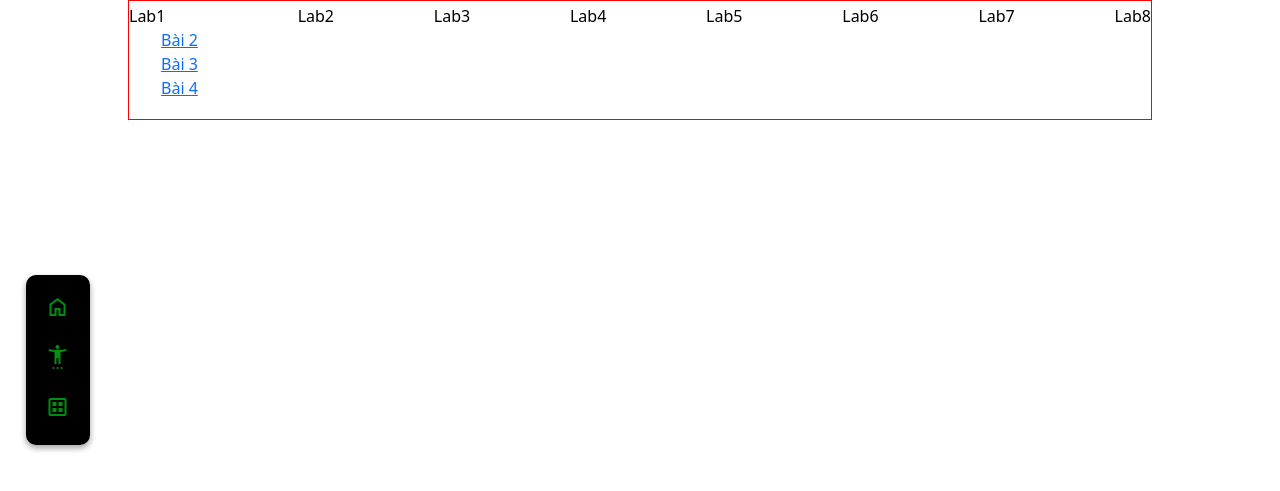
Repository: tuankiet10920/homeworkFEF
Page: /labs
The author's editor kept a copy of each file at every save. The page is drawn from the files as they stood at one save, then again after the next save.
The browser window is 1280 px wide. The pictures show the whole page.
The project was rebuilt for these pictures with package versions that can differ from the ones it lists, and the page was loaded fresh each time. Also part of the build but not shown: vite.config.js, src/components/HelloWorld.vue, src/Labs/Lab1/Bai2.vue, src/views/HomeView.vue.

Above is the page before, as saved 2024-10-22 15:59:49.

After the next save:
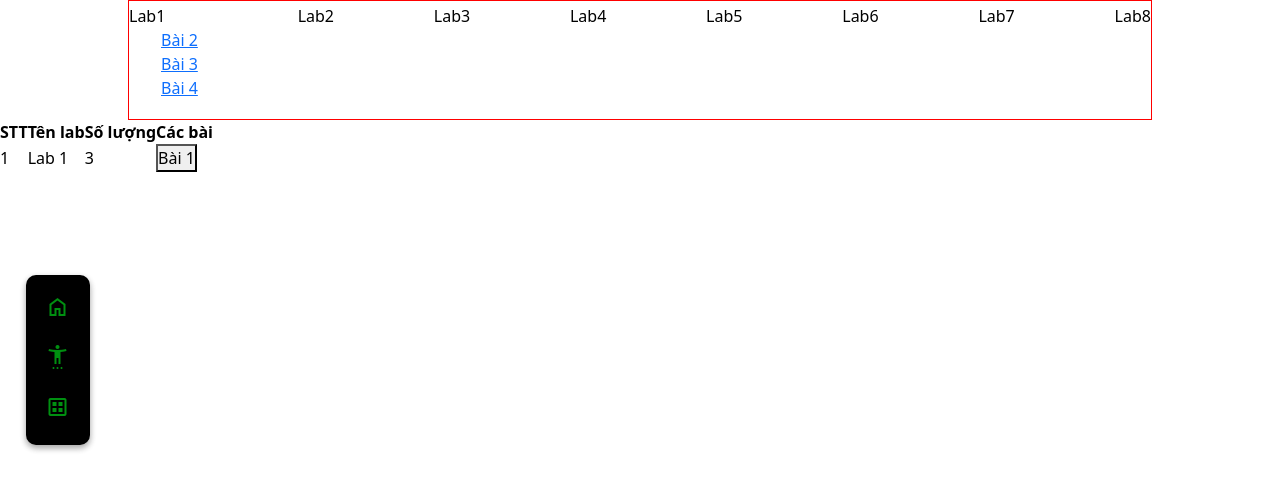
Saved 64 min 9 s later.
--- a/src/views/LabView.vue
+++ b/src/views/LabView.vue
@@ -27,6 +27,28 @@
       </ul>
     </nav>
   </header>
+  <table>
+    <thead>
+      <tr>
+        <th>STT</th>
+        <th>Tên lab</th>
+        <th>Số lượng</th>
+        <th>Các bài</th>
+      </tr>
+    </thead>
+    <tbody>
+      <tr>
+        <td>1</td>
+        <td>Lab 1</td>
+        <td>3</td>
+        <td>
+          <RouterLink to="/bai4lab1">
+            <button type="button">Bài 1</button>
+          </RouterLink>
+        </td>
+      </tr>
+    </tbody>
+  </table>
 </template>
 <style scoped>
 header {
